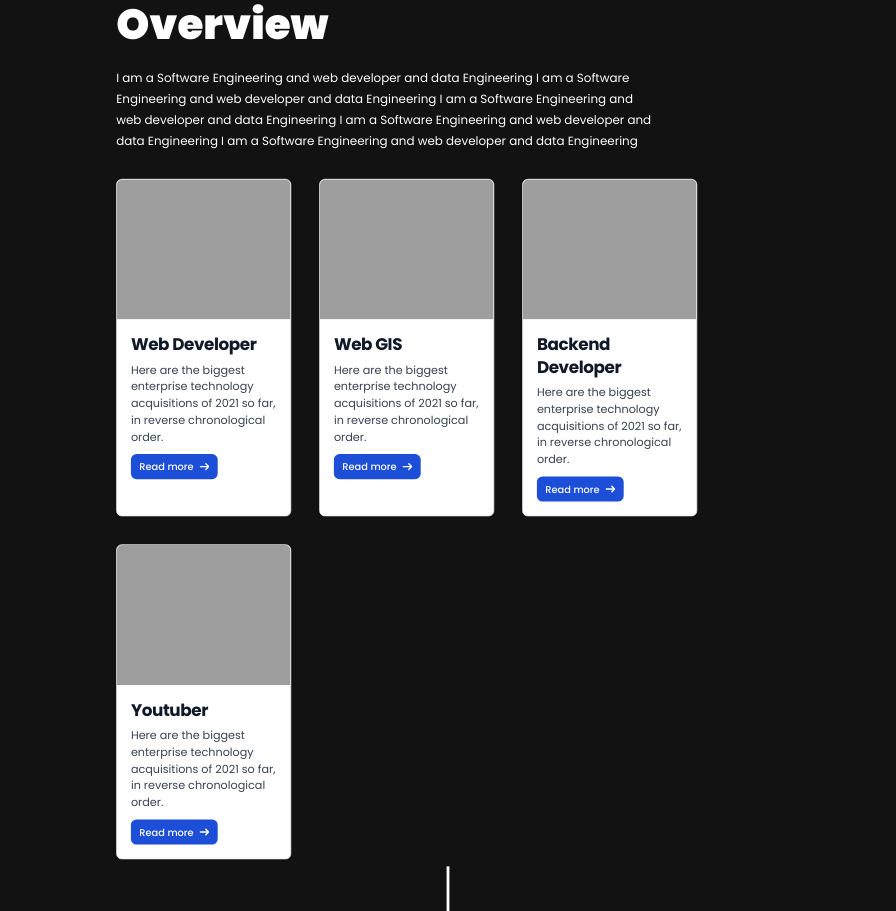
Repository: supakorn5039-boon/React-f
Page: /
The author's editor kept a copy of each file at every save. The page is drawn from the files as they stood at one save, then again after a run of saves.
The browser window is 1280 px wide. The pictures show the part of the page from y = 831 to 2751 px (the page is 2133 px tall before and 2751 px after), at 70% of full size.
Pictures or frames that could not be fetched are drawn as grey boxes. The project was rebuilt for these pictures with package versions that can differ from the ones it lists, and the page was loaded fresh each time. Also part of the build but not shown: vite.config.js.

Above is the page before, as saved 2024-01-09 22:33:02.

After the next 2 saves:
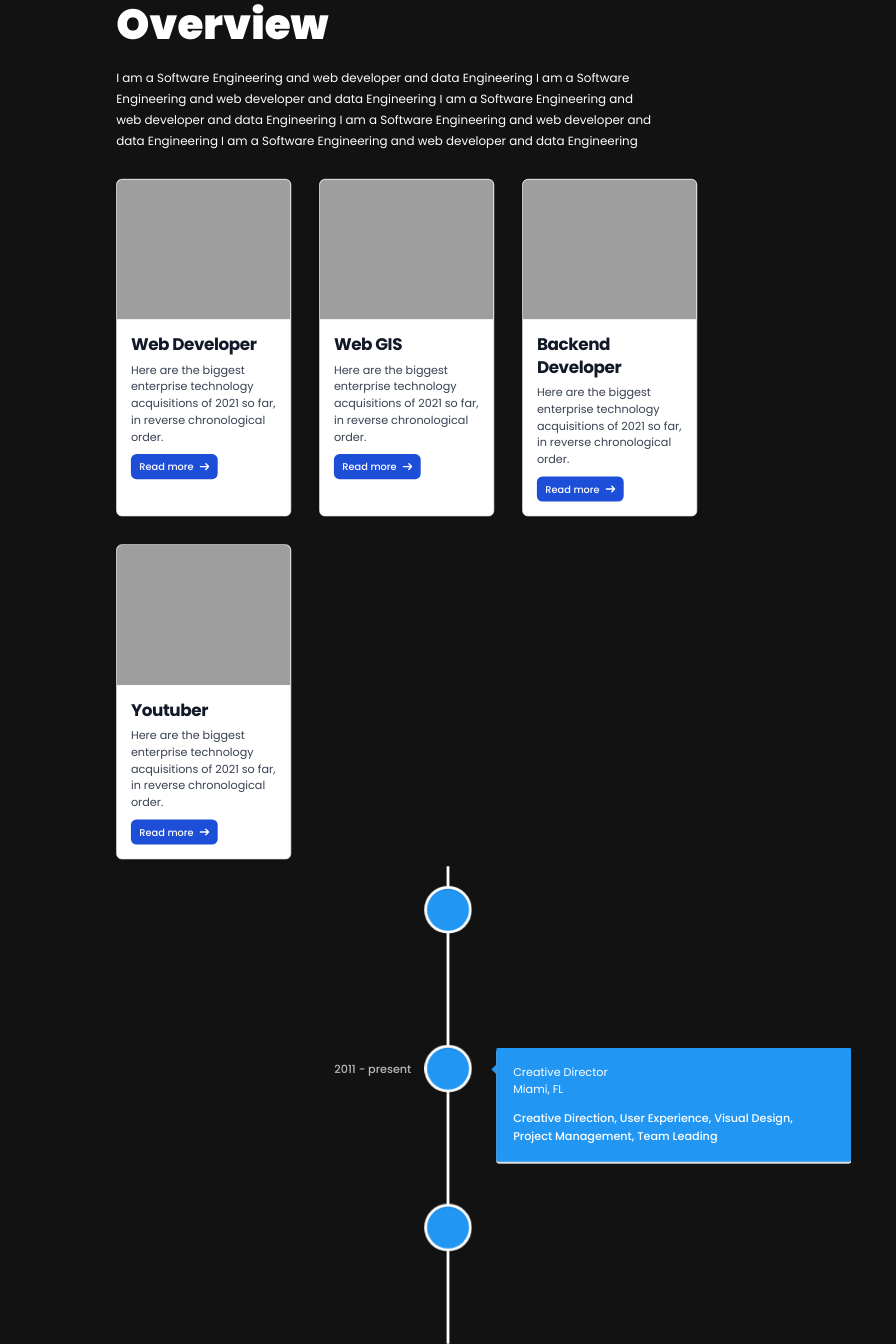
The 2 saves are shown as one change because they came seconds apart.
The last was saved 112 s later.
--- a/src/components/Experience.jsx
+++ b/src/components/Experience.jsx
@@ -7,20 +7,22 @@ import "react-vertical-timeline-component/style.min.css";
 import { experiences } from "../data/Data";
 
 const ExCard = () => {
-  <VerticalTimelineElement
-    className="vertical-timeline-element--work"
-    contentStyle={{ background: "rgb(33, 150, 243)", color: "#fff" }}
-    contentArrowStyle={{ borderRight: "7px solid  rgb(33, 150, 243)" }}
-    date="2011 - present"
-    iconStyle={{ background: "rgb(33, 150, 243)", color: "#fff" }}
-  >
-    <h3 className="vertical-timeline-element-title">Creative Director</h3>
-    <h4 className="vertical-timeline-element-subtitle">Miami, FL</h4>
-    <p>
-      Creative Direction, User Experience, Visual Design, Project Management,
-      Team Leading
-    </p>
-  </VerticalTimelineElement>;
+  return (
+    <VerticalTimelineElement
+      className="vertical-timeline-element--work"
+      contentStyle={{ background: "rgb(33, 150, 243)", color: "#fff" }}
+      contentArrowStyle={{ borderRight: "7px solid  rgb(33, 150, 243)" }}
+      date="2011 - present"
+      iconStyle={{ background: "rgb(33, 150, 243)", color: "#fff" }}
+    >
+      <h3 className="vertical-timeline-element-title">Creative Director</h3>
+      <h4 className="vertical-timeline-element-subtitle">Miami, FL</h4>
+      <p>
+        Creative Direction, User Experience, Visual Design, Project Management,
+        Team Leading
+      </p>
+    </VerticalTimelineElement>
+  );
 };
 
 const Experience = () => {
